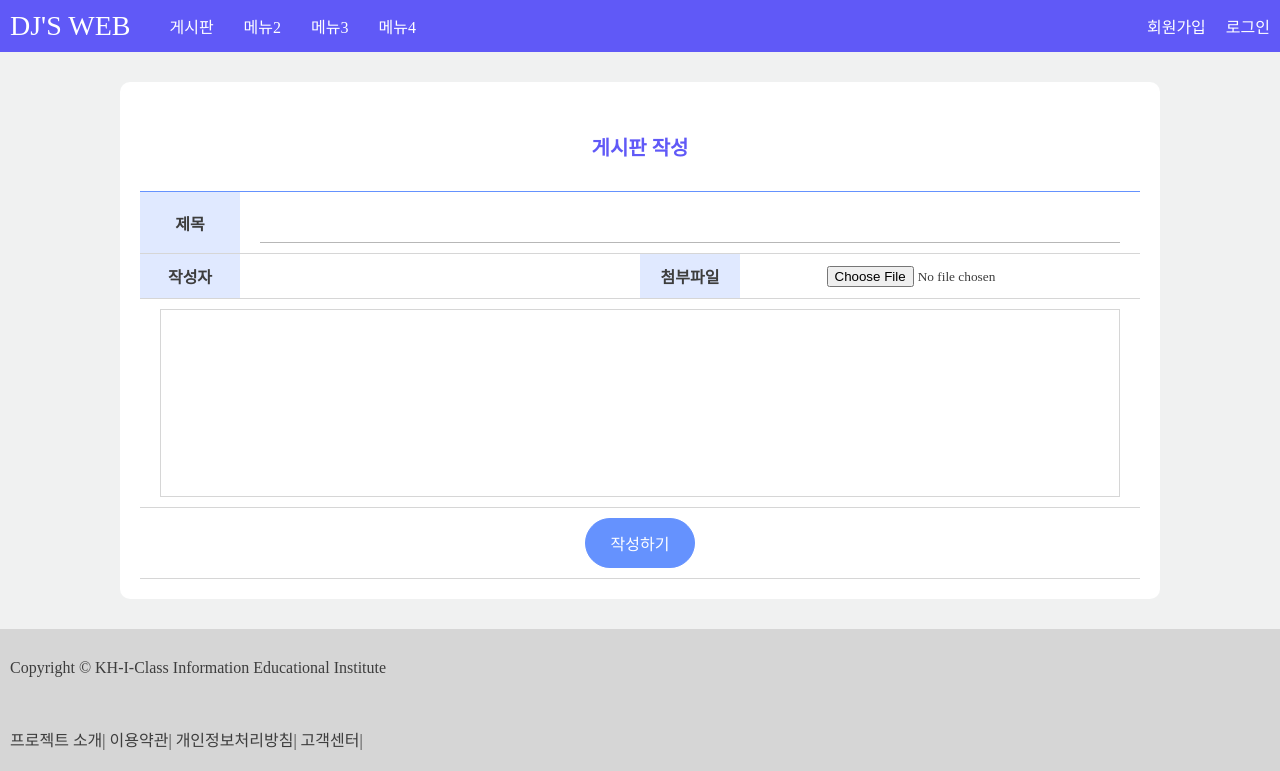
Repository: Godzilla-Man/codingStudy
Page: http://localhost/server_06_notice/WEB-INF/views/notice/editorFrm.jsp
The author's editor kept a copy of each file at every save. The page is drawn from the files as they stood at one save, then again after the next save.
The browser window is 1280 px wide. The pictures show the whole page.
Some web fonts or font styles are not loaded; a fallback is used. The page is served by Tomcat 9. Nobody is signed in. Other server files are loaded and not shown. The template is opened directly, without the code that normally fills it, so the values that code supplies are empty.

Above is the page before, as saved 2025-05-13 03:30:29.

### server_06_notice/src/main/webapp/WEB-INF/views/notice/editorFrm.jsp
<%@ page language="java" contentType="text/html; charset=UTF-8"
    pageEncoding="UTF-8"%>
<!DOCTYPE html>
<html>
<head>
<meta charset="UTF-8">
<title>게시글 작성</title>

<style>
	.notice-write-container {
		display : flex;
		justify-content : center;
		align-items : cneter;
	}
	.notice-write-wrap {
		width : 1000px;
	}
	.notice-write-wrap .input-item>textare{
		height : 300px;
	}
</style>

</head>
<body>
	<div class="wrap">
		<jsp:include page="/WEB-INF/views/common/header.jsp"></jsp:include>
		<main class="content notice-write-container">
			<section class="section notice-write-wrap">
				<div class="page-title">게시판 작성</div>
				<form action="/notice/write"
					  method="post" <%-- 첨부파일 업로드 시, method는 무조건 post로 지정하고, enctype은 multipart로 지정해야 함. --%>
					  enctype="multipart/form-data">
					  <%--tbl_notice의 notice_writer(작성자) 컬럼의 값은 회원 번호! --%>
					  <input type="hidden" name="noticeWriter" value="${loginMember.memberNo}">

					  <table class="tbl">
					  	<tr>
					  		<th>제목</th>
					  		<td colspan="3">
					  			<div class="input-item">
					  				<input type="text" name="noticeTitle">
					  			</div>
					  		</td>
					  	</tr>
					  	<tr>
					  		<th style="width:10%;">작성자</th>
					  		<td style="width:40%;">
					  			<span>${loginMember.memberId}</span>
					  		</td>
					  		<th style="width:10%;">첨부파일</th>
					  		<td style="width:40%;">
					  			<input type="file" name="uploadFile">
					  		</td>
					  	</tr>
					  	<tr>
					  		<td colspan="4">
					  			<div class="input-item">
					  				<textarea name="noticeContent"></textarea>
					  			</div>
					  		</td>
				  		</tr>
				  		<tr>
				  			<td colspan="4">
				  				<button type="submit" class="btn-primary lg">작성하기</button>
				  			</td>
				  		</tr>
					  </table>
			  	</form>
			</section>
		</main>
		<jsp:include page="/WEB-INF/views/common/footer.jsp"></jsp:include>
	</div>

	<script src="/resources/summernote/summernote-lite.js"></script>
	<script src="/resources/summernote/lang/summernote-ko-KR.js"></script>
	<link rel="stylesheet" href="/resources/summernote/summernote-lite.css">
	<script>
		$('#noticeContent').summernote({
			hegiht : 500,
			lang : "ko-KR",
			disableResize : true,
			disableResizeEditor : true,
			resize : false
		});
	</script>
</body>
</html>

### server_06_notice/src/main/webapp/WEB-INF/views/common/header.jsp
<%@ page language="java" contentType="text/html; charset=UTF-8"
    pageEncoding="UTF-8"%>
<%@ taglib uri="http://java.sun.com/jsp/jstl/core" prefix="c" %>
<link rel="stylesheet" href="/resources/css/default.css">
<link href="https://fonts.googleapis.com/icon?family=Material+Icons" rel="stylesheet">
<script src="https://code.jquery.com/jquery-3.7.1.min.js"></script>
<script src="/resources/js/sweetalert.min.js"></script>

<header class="header">
	<div>
		<div class="logo">
			<a href="/">DJ'S WEB</a>
		</div>
		<nav class="nav">
			<ul>
				<li>
					<a href="/notice/getList?reqPage=1">게시판</a>
				</li>
				<li>
					<a href="#">메뉴2</a>
				</li>
				<li>
					<a href="#">메뉴3</a>
				</li>
				<li>
					<a href="#">메뉴4</a>
				</li>
			</ul>
		</nav>
		<ul class="user-menu">
			<%-- 세션에 로그인 회원 정보 등록 여부에 따라 다른 메뉴 출력 --%>
			<c:choose>
				<c:when test="${empty sessionScope.loginMember}">
					<li>
						<a href="/member/joinFrm">회원가입</a>
					</li>
					<li>
						<a href="/member/loginFrm">로그인</a>
					</li>
				</c:when>
				<c:otherwise>
					<li>
						<a href="/member/myPage">마이페이지</a>
					</li>
					<li>
						<a href="/member/logout">로그아웃</a>
					</li>
				</c:otherwise>
			</c:choose>
		</ul>
	</div>
</header>

### server_06_notice/src/main/webapp/WEB-INF/views/common/footer.jsp
<%@ page language="java" contentType="text/html; charset=UTF-8"
    pageEncoding="UTF-8"%>
<footer class="footer">
	<div>
		<p>Copyright &copy; KH-I-Class Information Educational Institute</p>
	</div>
	<div>
		<a href="#">프로젝트 소개</a><span>|</span>
		<a href="#">이용약관</a><span>|</span>
		<a href="#">개인정보처리방침</a><span>|</span>
		<a href="#">고객센터</a><span>|</span>
	</div>
</footer>

### server_06_notice/src/main/webapp/resources/css/default.css


:root {
  /*main color*/
  --main1: #3d3d3d;
  --main2: #6059f7;
  --main3: #6592fe;
  --main4: #36c3fe;
  --main5: #8c61ff;
  /*box-bg*/
  --box-bg: #f0f1f1;
  /*gray*/
  --gray1: #222222;
  --gray2: #555555;
  --gray3: #717171;
  --gray4: #8f8f8f;
  --gray5: #b7b7b7;
  --gray6: #d6d6d6;
  --gray7: #efefef;
  --gray8: #ffffff;

  /*line-color*/
  --line1: #222222;
  --line2: #d6d6d6;
  --line3: #eaeced;
  --line4: #f6f6f6;
  --line5: #f8f9fa;
}
@font-face {
  font-family: ns-l;
  src: url(/resources/resources/font/NotoSansKR-Light.ttf);
}
@font-face {
  font-family: ns-r;
  src: url(/resources/font/NotoSansKR-Regular.ttf);
}
@font-face {
  font-family: ns-b;
  src: url(/resources/font/NotoSansKR-Bold.ttf);
}
@font-face {
  font-family: ns-black;
  src: url(/resources/font/NotoSansKR-Black.ttf);
}
* {
  margin: 0;
  padding: 0;
  outline: 20;
  font-family: ns-r;
  list-style-type: none;
  color : var(--main1);
}
a {
  text-decoration: none;
}
.wrap {
  min-height: 100vh;
  display: flex;
  flex-direction: column;
  min-width: 800px;
  position: relative;
  background-color: var(--box-bg);
}

.header {
  background-color: var(--main2);
  width: 100%;
  position: sticky;
  top: 0;
  z-index:1;
}
.header > div {
  padding: 10px;
  max-width: 1400px;
  margin: 0 auto;
  display: flex;
  align-items: center;
}
.header a {
  color: var(--gray8);
}
.logo {
  margin-right: 24px;
}
.logo > a {
  font-family: ns-black;
  font-size: 28px;
}
.nav {
  flex: 1;

}
.nav > ul {
  display: flex;
  align-items: center;
}
.nav > ul > li {
  margin: 0px 15px;
  position: relative;

}
.nav a,
.user-menu a {
  transition-duration: 0.3s;
}

.nav a:hover,
.user-menu a:hover {
  color: var(--gray1);
}

.nav .sub-menu {
  display: none;
  position: absolute;
  width: 130px;
  background-color: #fff;
  border: 1px solid var(--main2);
  border-radius: 5px;
  left: 10px;
  z-index: 1;
}

.sub-menu > li > a {
  color: var(--main2);
  padding: 10px;
  display: block;
}
.nav > ul > li:hover > .sub-menu {
  display: block;
}
.sub-menu > li > a:hover {
  background-color: var(--main2);
  color: var(--gray8);
}
.user-menu {
  display: flex;
}
.user-menu > li {
  margin-left: 20px;
}

.content {
  width: 100%;
  max-width: 1400px;
  margin: 30px auto;
  flex: 1;

}
.page-title {
  font-weight : bold;
  padding: 30px;
  text-align: center;
  font-family: ns-b;
  font-size: 20px;
  color: var(--main2);
}
.footer {
  background-color: var(--gray6);
}
.footer > div {
  max-width: 1400px;
  padding: 20px 10px;
  margin: 0 auto;
}
.footer > div > p {
  margin: 10px 0px;
  font-family: ns-b;
  font-size: 16px;
}

section.section {
  padding: 20px;
  border-radius: 10px;
  background-color: var(--gray8);
}
section.section.bg-section {
  background-color: var(--box-bg);
}

[class^="btn-"] {
  cursor: pointer;
  font-size: 14px;
  padding: 9px 20px;
  border: none;
  border-radius: 5px;
  font-family: ns-b;
}
.btn-primary {
  border: 1px solid var(--main3);
  background-color: var(--main3);
  color: var(--gray8);
}
.btn-primary:hover {
  background-color: rgba(101, 146, 254, 0.9);
}
.btn-secondary {
  border: 1px solid var(--gray4);
  background-color: var(--gray4);
  color: var(--gray8);
}
.btn-secondary:hover {
  background-color: rgba(143, 143, 143, 0.9);
}
.btn-point {
  border: 1px solid var(--main5);
  background-color: var(--main5);
  color: var(--gray8);
}
.btn-point:hover {
  background-color: rgba(140, 97, 255, 0.9);
}
.btn-primary.outline {
  color: var(--main3);
  background-color: var(--gray8);
}
.btn-primary.outline:hover {
  background-color: rgba(101, 146, 254, 0.2);
}
.btn-secondary.outline {
  color: var(--gray4);
  background-color: var(--gray8);
}
.btn-secondary.outline:hover {
  background-color: rgba(143, 143, 143, 0.2);
}
.btn-point.outline {
  color: var(--main5);
  background-color: var(--gray8);
}
.btn-point.outline:hover {
  background-color: rgba(140, 97, 255, 0.2);
}
[class^="btn-"].sm {
  padding: 5px 10px;
  font-family: ns-r;
  font-size: 12px;
}
[class^="btn-"].md {
  padding: 7px 15px;
  font-size: 14px;
  border-radius: 20px;
}
[class^="btn-"].lg {
  padding: 12px 25px;
  font-size: 16px;
  border-radius: 25px;
}

.tbl {
  border-top: 1px solid var(--main3);
  width: 100%;
  border-spacing: 0;
}
.tbl th,
.tbl td {
  text-align: center;
  border-bottom: 1px solid var(--line2);
  padding: 10px 20px;
}
.tbl th.left,
.tbl td.left {
  text-align: left;
}
.tbl th {
  background-color: rgba(101, 146, 254, 0.2);
}
.tbl.tbl-hover tbody > tr:hover {
  cursor: pointer;
  background-color: rgba(101, 146, 254, 0.1);
}
.input-wrap {
  display: flex;
  flex-direction: column;
}
.input-wrap > .input-title {
  margin-bottom: 10px;
  font-size: 16px;
  font-weight: bold;
  line-height: 1.5;
}
.input-item {
  display: flex;
  gap: 10px;
}
.input-item > input {
  flex: 1;
  font-size: 16px;
  line-height: 1.5;
  border: none;
  border-bottom: 1px solid var(--gray5);
  padding: 8px 0px;
}
.input-item + .input-msg {
  position: relative;
  margin-top: 8px;
  padding-left: 24px;
  color: var(--gray3);
  font-size: 14px;
  line-height: 1.5;
}
.input-item + .input-msg::before {
  content: "";
  display: block;
  position: absolute;
  left: 0;
  top: 0;
  bottom: 0;
  width: 20px;
  background: url(/resources/images/icon_info.svg) no-repeat center / contain;
}
.input-item + .input-msg.valid {
  color: #1065dc;
}
.input-item + .input-msg.valid::before {
  background: url(/resources/images/icon_info_success.svg) no-repeat center / contain;
}
.input-item + .input-msg.invalid {
  color: #ff3d00;
}
.input-item + .input-msg.invalid::before {
  background: url(/resources/images/icon_info_warning.svg) no-repeat center / contain;
}

.input-item > textarea {
  width: 100%;
  height: 156px;
  padding: 15px;
  resize: none;
  font-size: 16px;
  line-height: 24px;
  border: 1px solid var(--line2);
}

.input-wrap > input[type="checkbox"] {
  display: none;
}
.input-wrap > input[type="checkbox"] + label {
  position: relative;
  display: block;
  flex-grow: 1;
  padding: 8px 0 8px 30px;
  cursor: pointer;
}
.input-wrap > input[type="checkbox"] + label::before {
  content: "";
  display: block;
  position: absolute;
  left: 0;
  top: 8px;
  width: 24px;
  height: 24px;
  color: var(--main3);
  border-radius: 50%;
  background: url(/resources/images/icon_check.png) no-repeat center / 20px;
}
.input-wrap > input[type="checkbox"]:checked + label::before {
  background: url(/resources/images/icon_check_active.png) no-repeat center / 20px;
}

.input-wrap > input[type="radio"] {
  display: none;
}
.input-wrap > input[type="radio"] + label {
  position: relative;
  display: block;
  flex-grow: 1;
  padding: 8px 0 8px 30px;
  cursor: pointer;
}
.input-wrap > input[type="radio"] + label::before {
  content: "";
  display: block;
  position: absolute;
  left: 0;
  top: 8px;
  width: 24px;
  height: 24px;
  color: var(--main3);
  border-radius: 50%;
  background: url(/resources/images/icon_check.png) no-repeat center / 20px;
}
.input-wrap > input[type="radio"]:checked + label::before {
  background: url(/resources/images/icon_check_active.png) no-repeat center / 20px;
}
.select {
  flex: 1;
  position: relative;
  border: 1px solid var(--line2);
  border-radius: 5px;
  background: #fff url(/resources/images/icon_arrow_down.svg) no-repeat right 12px center / 12px;
  overflow: hidden;
}
.select > select {
  width: 100%;
  padding: 8px 12px;
  font-size: 16px;
  line-height: 1.5;
  cursor: pointer;
  appearance: none;
  background-color: transparent;
  border: 0;
}
.modal-bg {
  background-color: rgba(0, 0, 0, 0.4);
  position: fixed;
  width: 100vw;
  height: 100vh;
  top: 0;
  left: 0;
  display: none;
  justify-content: center;
  align-items: center;
}
.modal-bg.open {
  display: flex;
}
.modal-container {
  background-color: var(--gray8);
  padding: 40px 20px;
  width: 500px;
  display: flex;
  flex-direction: column;
  border-radius: 10px;
  gap: 20px;
  box-sizing: border-box;
  position: relative;
}
.modal-title {
  font-size: 20px;
  font-family: ns-b;
  line-height: 30px;
  text-align: center;
}
.modal-main {
  flex: 1;
  overflow-y: auto;
  padding: 0px 30px;
}
.modal-content {
  max-height: 200px;
}
.modal-btn-area {
  display: flex;
  gap: 13px;
  justify-content: center;
}
.modal-close-btn {
  position: absolute;
  top: 20px;
  right: 20px;
  font-size: 30px;
  cursor: pointer;
}

.posting-wrap{
	overflow: hidden;
	padding: 10px;
}
.posting-wrap>.posting-item{
	box-sizing: border-box;
	width : 335px;
	float: left;
	padding : 30px

}
.posting-item>a{
	display : block;
}
.posting-item:hover{
	box-shadow: 0 2px 10px 0 rgba(0, 0, 0, 0.2);
}
.posting-img{
	height: 200px;
}
.posting-img>img{
	width:100%;
	height:100%;
	object-fit:contain;
}
.posting-info{
	margin: 10px auto;
	width: 75%
}
.posting-title{
	font-size : 18px;
	font-family : ns-b;
	white-space: nowrap;
	overflow: hidden;
	text-overflow: ellipsis;
}

.pagination {
  list-style-type: none;
  display: flex;
  justify-content: center;
  align-items: center;
}
.posting-sub-info{
	margin : 10px 0px;
	display: flex;
	justify-content: space-between;
}
.posting-sub-info>span{
	font-size: 14px;
	font-family: ns-b;
}

.pagination > li {
  width: 40px;
  height: 40px;
  text-align: center;
  line-height: 40px;
  overflow: hidden;
}
.pagination.circle-style > li {
  border-radius: 50%;
}
.pagination > li > a.page-item {
  display: block;
  width: 100%;
  height: 100%;
  font-size: 18px;
}
.pagination > li > a.page-item > span.material-icons {
  display: block;
  width: 100%;
  height: 100%;
  line-height: 40px;
}
.pagination .page-item.active-page {
  background-color: var(--main2);
  color: #fff;
}

Loaded but not shown: server_06_notice/src/main/webapp/resources/js/sweetalert.min.js (library); server_06_notice/src/main/webapp/resources/summernote/summernote-lite.js (library); server_06_notice/src/main/webapp/resources/summernote/summernote-lite.css (library); server_06_notice/src/main/webapp/resources/summernote/lang/summernote-ko-KR.js (275 lines, source omitted)

After the next save:
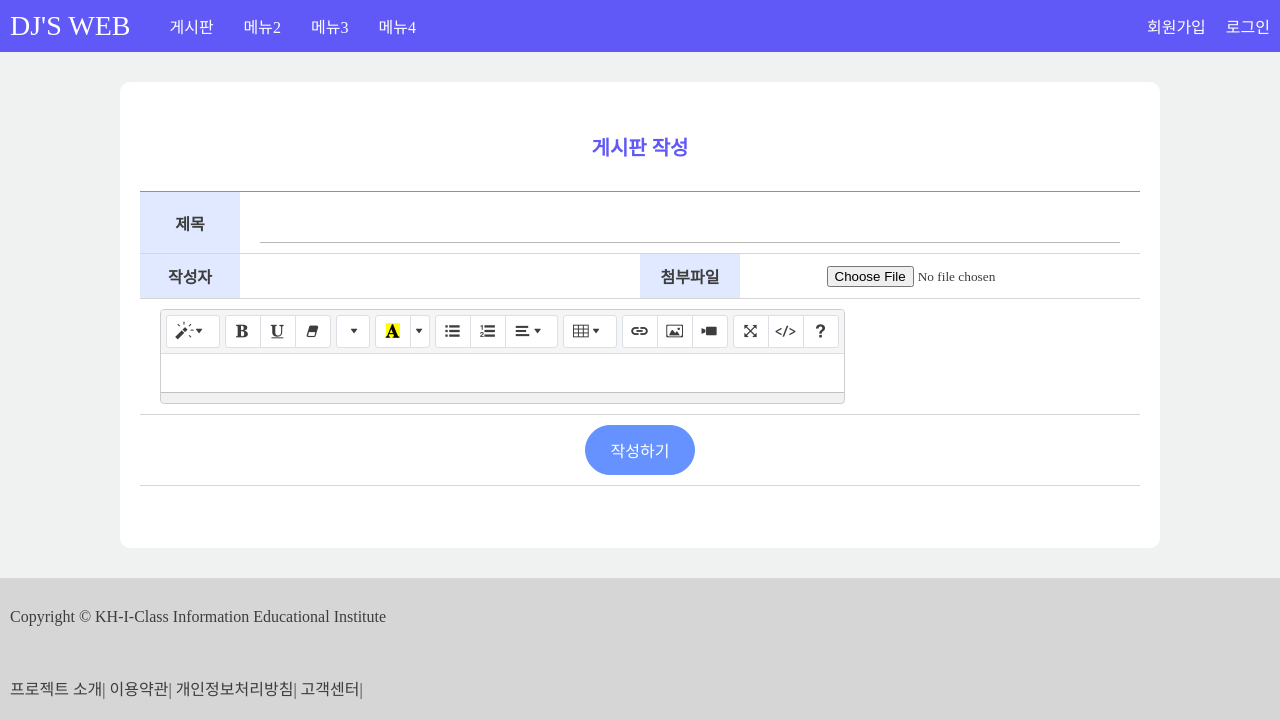
Saved 2 min 18 s later.
--- a/server_06_notice/src/main/webapp/WEB-INF/views/notice/editorFrm.jsp
+++ b/server_06_notice/src/main/webapp/WEB-INF/views/notice/editorFrm.jsp
@@ -55,7 +55,7 @@
 					  	<tr>
 					  		<td colspan="4">
 					  			<div class="input-item">
-					  				<textarea name="noticeContent"></textarea>
+					  				<textarea name="noticeContent" id="noticeContent"></textarea>
 					  			</div>
 					  		</td>
 				  		</tr>

After the save that followed:
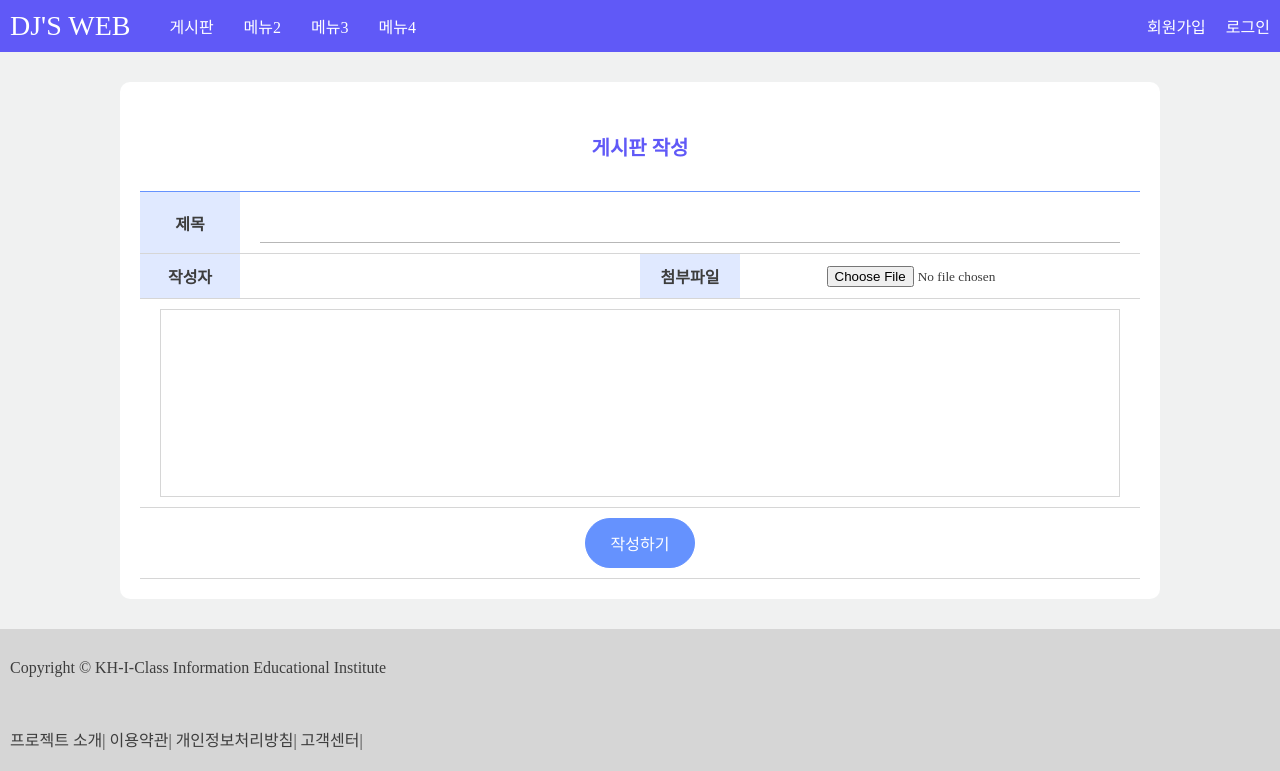
Console error: SyntaxError: Invalid or unexpected token
Saved 15 s later.
--- a/server_06_notice/src/main/webapp/WEB-INF/views/notice/editorFrm.jsp
+++ b/server_06_notice/src/main/webapp/WEB-INF/views/notice/editorFrm.jsp
@@ -76,7 +76,7 @@
 	<link rel="stylesheet" href="/resources/summernote/summernote-lite.css">
 	<script>
 		$('#noticeContent').summernote({
-			hegiht : 500,
+			hegiht : 500px,
 			lang : "ko-KR",
 			disableResize : true,
 			disableResizeEditor : true,
